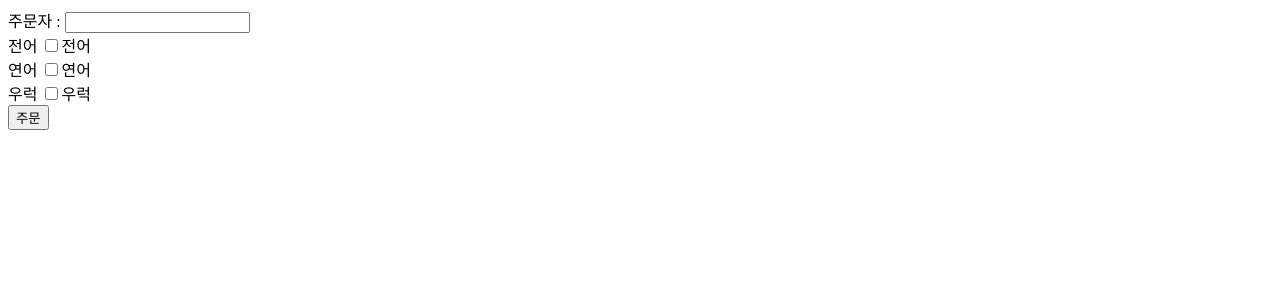
Repository: Dog-voice/king
Page: http://localhost/web_study/step4-form.jsp
These files come from the project's save history. The page is drawn as it stood at one moment and after the next save; the edit follows.
The browser window is 1280 px wide. The pictures show the whole page.
The page is served by Tomcat 9.

Above is the page before, as saved 2022-08-16 07:07:44.

### 게시글등록(1)/web_study/src/main/webapp/step4-form.jsp
<%@ page language="java" contentType="text/html; charset=UTF-8"
    pageEncoding="UTF-8"%>
<!DOCTYPE html>
<html>
<head>
<meta charset="UTF-8">
<title>Insert title here</title>
</head>
<body>
    <!--
       form 이용하여 step4-action.jsp로 전송 method = "POST"
       주문자 : 이름
       전어 : checkbox
       연어 :
       우럭
       주문하기

       action
       주문자 : 이름
       1. 전어
       2. 연어
       3. 우럭
       을 주문하셨습니다.
     -->

     <form action="step4-action.jsp" method="POST">
           주문자 : <input type="text" name="customerName"> <br>
           전어 <input type="checkbox" name="menu" value="전어" >전어 <br>
           연어 <input type="checkbox" name="menu" value="연어">연어 <br>
           우럭 <input type="checkbox" name="menu" value="우럭">우럭 <br>
           <input type="submit" value="주문"><br>
          </form>

</body>
</html>

After the next save:
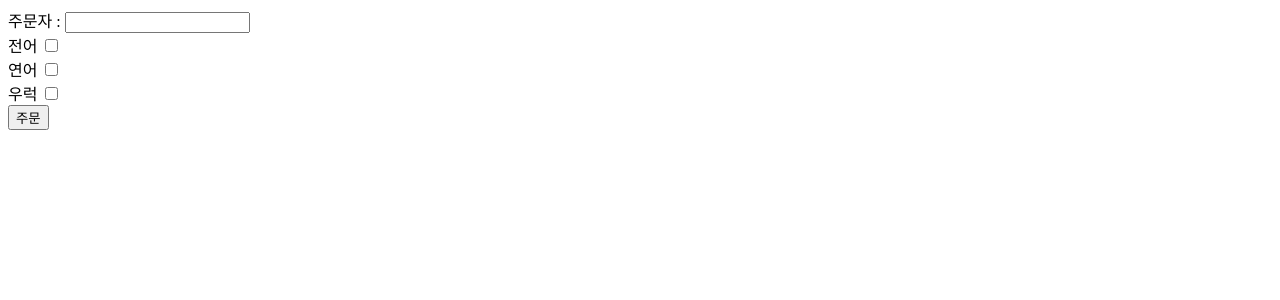
Saved 65 s later.
--- a/게시글등록(1)/web_study/src/main/webapp/step4-form.jsp
+++ b/게시글등록(1)/web_study/src/main/webapp/step4-form.jsp
@@ -1,5 +1,6 @@
 <%@ page language="java" contentType="text/html; charset=UTF-8"
     pageEncoding="UTF-8"%>
+ <%@ taglib prefix="c" uri="http://java.sun.com/jsp/jstl/core" %>
 <!DOCTYPE html>
 <html>
 <head>
@@ -25,9 +26,9 @@
 
      <form action="step4-action.jsp" method="POST">
            주문자 : <input type="text" name="customerName"> <br>
-           전어 <input type="checkbox" name="menu" value="전어" >전어 <br>
-           연어 <input type="checkbox" name="menu" value="연어">연어 <br>
-           우럭 <input type="checkbox" name="menu" value="우럭">우럭 <br>
+           전어 <input type="checkbox" name="menu" value="전어" ><br>
+           연어 <input type="checkbox" name="menu" value="연어"><br>
+           우럭 <input type="checkbox" name="menu" value="우럭"><br>
            <input type="submit" value="주문"><br>
           </form>
 
